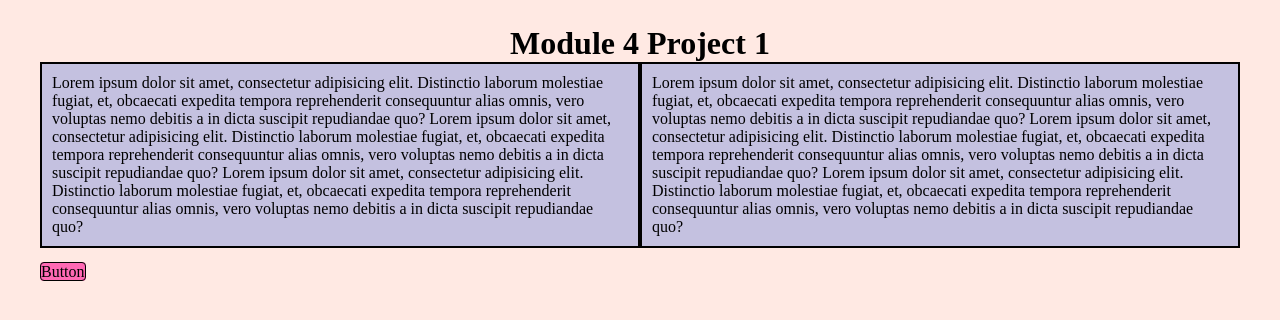
Repository: mlmEFSC21/P6-External-Style-Sheet
Page: index.html
These files come from the project's save history. The page is drawn as it stood at one moment and after the next save; the edit follows.
The browser window is 1280 px wide. The pictures show the whole page.

Above is the page before, as saved 2022-02-13 16:58:17.

After the next save:
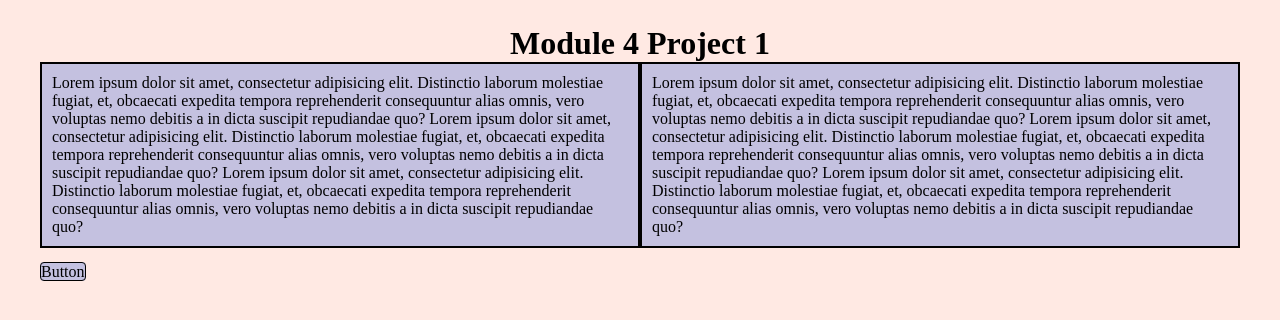
Saved 5 s later.
--- a/Styles.css
+++ b/Styles.css
@@ -47,7 +47,7 @@ a.button {
     border-radius: 4px;
     width: 250px;
     height: 50px;
-    background-color: hotpink;
+    background-color: var(--clr-buttonBG);
     color: var(--clr-button);
 }
 a.button:hover {
